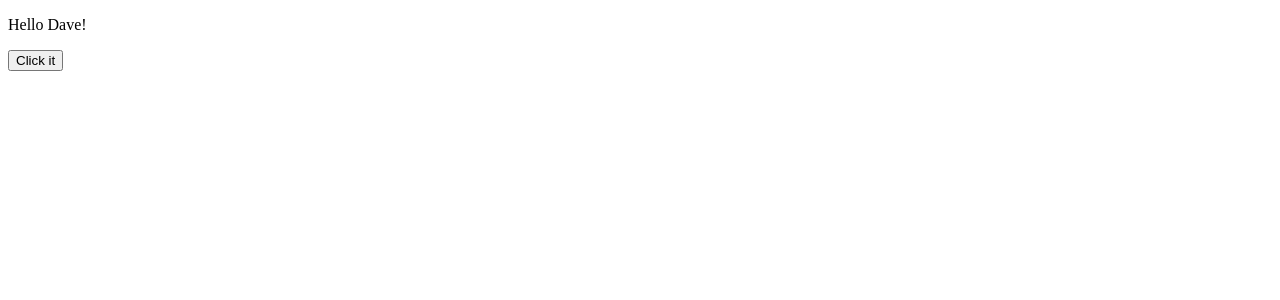
Repository: akinmiday/react-series
Page: /
These files come from the project's save history. The page is drawn as it stood at one moment and after the next save; the edit follows.
The browser window is 1280 px wide. The pictures show the whole page.
The project was rebuilt for these pictures with package versions that can differ from the ones it lists, and the page was loaded fresh each time. Also part of the build but not shown: vite.config.js, src/App.css, src/index.css.

Above is the page before, as saved 2023-08-21 05:46:16.

### src/App.jsx
import './App.css'

const App = () => {

  const handleNameChange = () => {
    const names = ['Bob', 'Kevin', 'Dave']
    const int = Math.floor(Math.random() * 3)
    return names[int]
  }

  const handleClick = () => {
    console.log("you clicked it")
  }
  const handleClick2 = (name) => {
    console.log(`${name} was clicked`)
  }




  return (
    <>
      <p>Hello {handleNameChange()}!</p>
      <div>
        <button onClick={handleClick} >Click it</button>
      </div>
    </>
  )
}

export default App

Loaded but not shown: index.html (common file); src/main.jsx (common file)

After the next save:
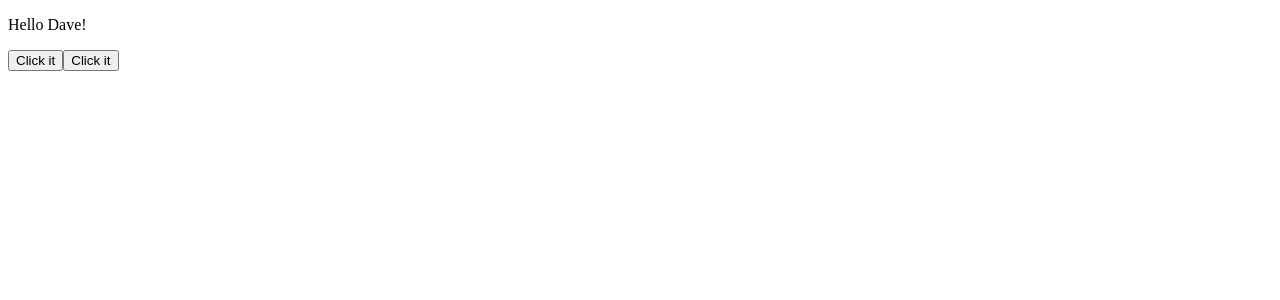
Saved 12 s later.
--- a/src/App.jsx
+++ b/src/App.jsx
@@ -23,6 +23,7 @@ const App = () => {
       <p>Hello {handleNameChange()}!</p>
       <div>
         <button onClick={handleClick} >Click it</button>
+        <button onClick={handleClick2} >Click it</button>
       </div>
     </>
   )
